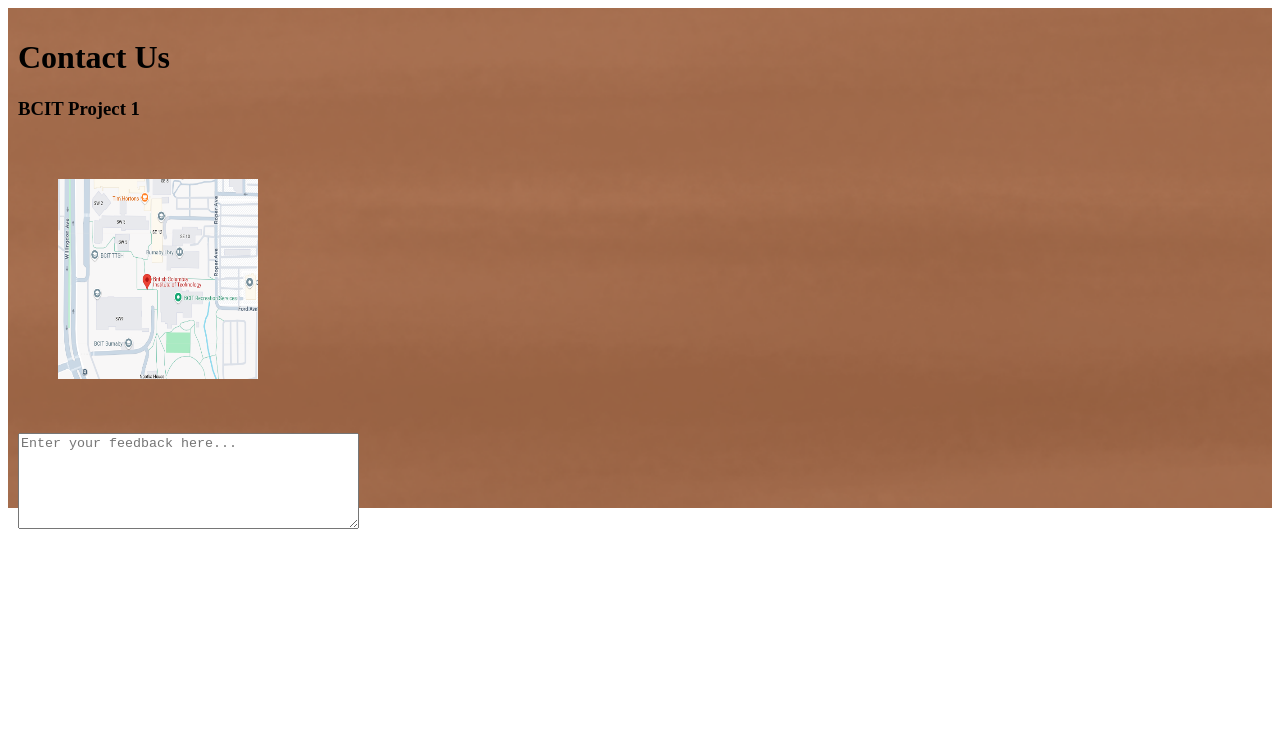
Repository: AlyssaHug/Bandit-Breakout
Page: index.html
The author's editor kept a copy of each file at every save. The page is drawn from the files as they stood at one save, then again after a run of saves.
The browser window is 1280 px wide. The pictures show the whole page.
Some web fonts or font styles are not loaded; a fallback is used.

Above is the page before, as saved 2025-05-06 23:02:01.

### index.html
<!DOCTYPE html>
<html lang="en">
    <head>
        <meta charset="UTF-8" />
        <meta
            name="viewport"
            content="width=device-width, initial-scale=1.0" />
        <link
            rel="stylesheet"
            href="styles.css" />
        <title>Bandit Breakout</title>
    </head>
    <body>
        <header></header>
        <main>
            <div class="download-now"></div>
            <div class="Contact-us-apps"></div>
        </main>
        <footer>
            <div class="Contact-us">
                <h1>Contact Us</h1>
                <h3>BCIT Project 1</h3>
                <img
                    class="bcit-map"
                    src="img/BCIT.png"
                    alt="BCIT Map" />
            </div>
            <div class="feedback">
                <textarea
                    class="feedback-text"
                    placeholder="Enter your feedback here..."
                    rows="6"
                    cols="40"></textarea>
            </div>
        </footer>
    </body>
</html>

### styles.css
@import url("https://fonts.googleapis.com/css2?family=Wellfleet&display=swap");

@font-face {
    font-family: "Western Bang Bang";
    src: url("fonts/WesternBangBang.ttf") format("truetype");
    font-weight: normal;
    font-style: normal;
}

:root {
    /* Font Families */
    --font-western: "Western Bang Bang", sans-serif;
    --font-wellfleet: "Wellfleet", serif;

    /* Font Sizes */
    --font-size-h1: 48px;
    --font-size-h2: 36px;
    --font-size-h3: 32px;
    --font-size-h4: 24px;
    --font-size-body: 14px;
    --font-size-caption: 11px;
}
.bcit-map {
    width: 200px;
    height: 200px;
    padding: 40px;
}
.Contact-us {
    padding: 10px 0 0 10px;
}
footer {
    background-image: url("img/board.png");
    background-size: 200% auto;
    background-repeat: no-repeat;
    background-position: center;
    min-height: 500px;
    height: 500px;
    width: 100%;
    margin: 0;
    padding: 0;
}
.feedback {
    padding: 10px 0 0 10px;
    width: 300px;
    height: 300px;
}

After the next 2 saves:
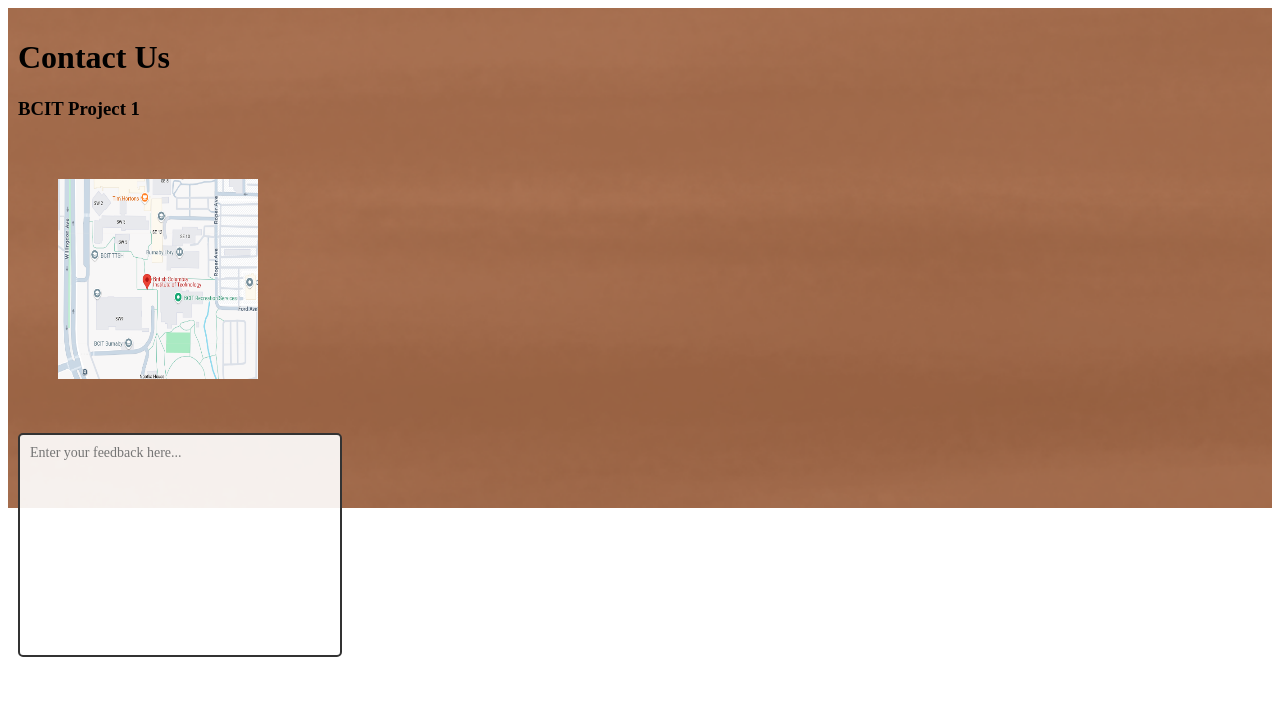
The 2 saves are shown as one change because they came seconds apart.
The last was saved 19 s later.
--- a/styles.css
+++ b/styles.css
@@ -42,5 +42,23 @@ footer {
 .feedback {
     padding: 10px 0 0 10px;
     width: 300px;
-    height: 300px;
+    height: 200px;
 }
+
+.feedback-text {
+    width: 100%;
+    height: 200px;
+    padding: 10px;
+    border: 2px solid #333;
+    border-radius: 5px;
+    font-family: var(--font-wellfleet);
+    font-size: var(--font-size-body);
+    resize: none;
+    background-color: rgba(255, 255, 255, 0.9);
+}
+
+.feedback-text:focus {
+    outline: none;
+    border-color: #666;
+    box-shadow: 0 0 5px rgba(0, 0, 0, 0.2);
+}
